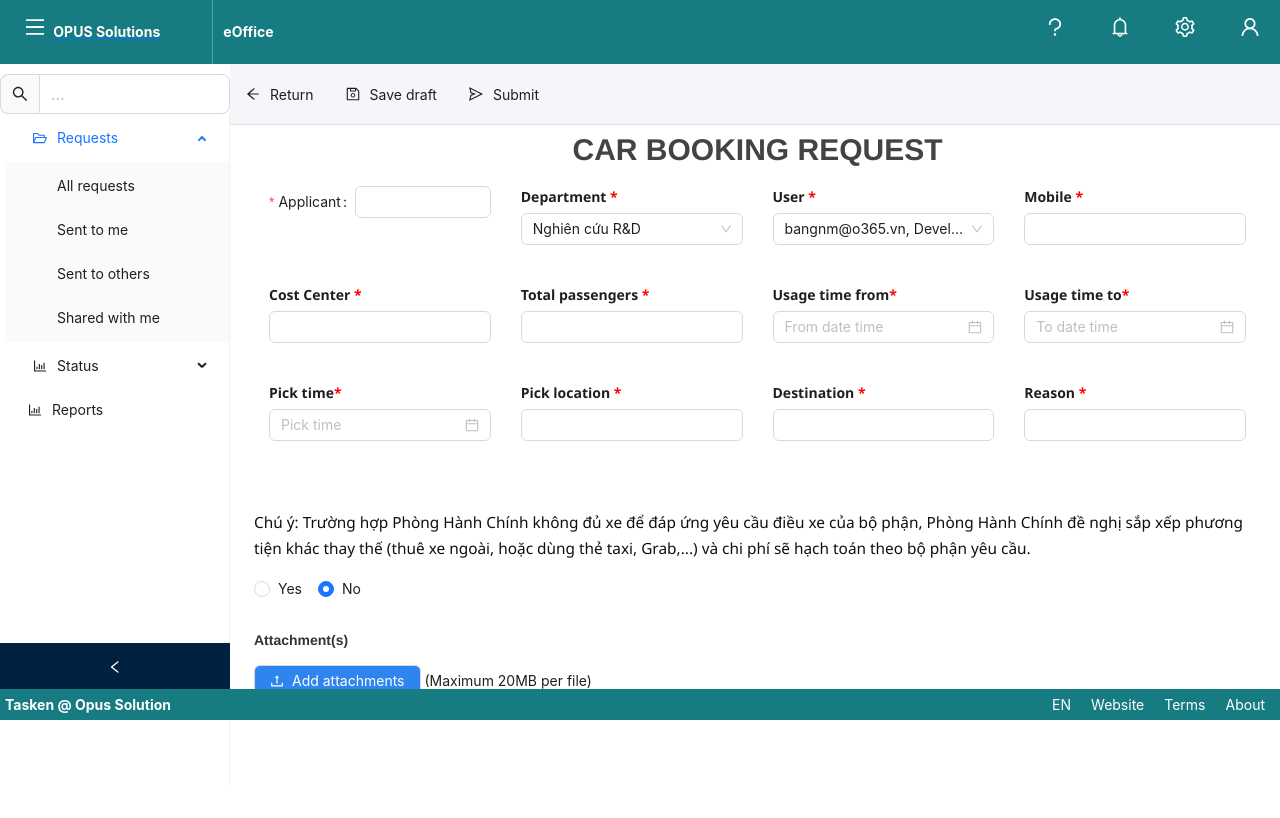
Repository: vannam272008/car-booking
Page: /request/addrequest
These files come from the project's save history. The page is drawn as it stood at one moment and after the next save; the edit follows.
The browser window is 1280 px wide. The pictures show the whole page.
The project was rebuilt for these pictures with package versions that can differ from the ones it lists, and the page was loaded fresh each time. Also part of the build but not shown: src/Components/DetailRequest/Comments/comment.tsx, src/Components/DetailRequest/Menu/menu.tsx, src/Components/DetailRequest/Detail/detail.tsx, src/Pages/ManageRequest/index.css, src/Pages/ManageRequest/ManageRequest.tsx, src/Components/AddRequest/AddRequest/addRequest.css. Imported but missing from the stored project, and not drawn on this page: src/Pages/Home.

Above is the page before, as saved 2023-07-06 17:19:30.

After the next save:
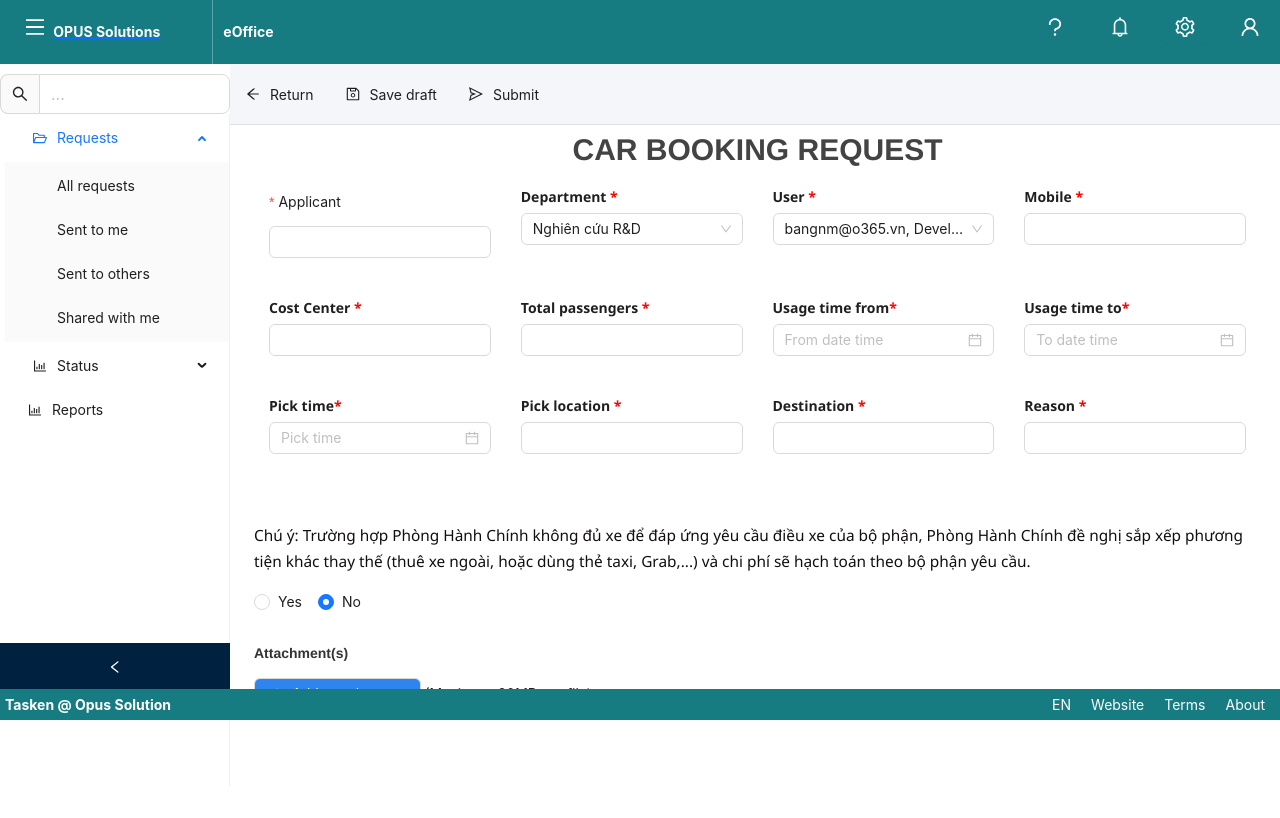
Saved 73 s later.
--- a/src/Components/AddRequest/AddRequest/index.tsx
+++ b/src/Components/AddRequest/AddRequest/index.tsx
@@ -37,7 +37,9 @@ function AddRequest(): JSX.Element {
                                                     {
                                                         required: true,
                                                     },
-                                                ]}>
+                                                ]}
+                                                labelCol={{ span: 24 }}
+                                            >
                                                 <Input></Input>
                                             </Form.Item>
                                         </Col>
